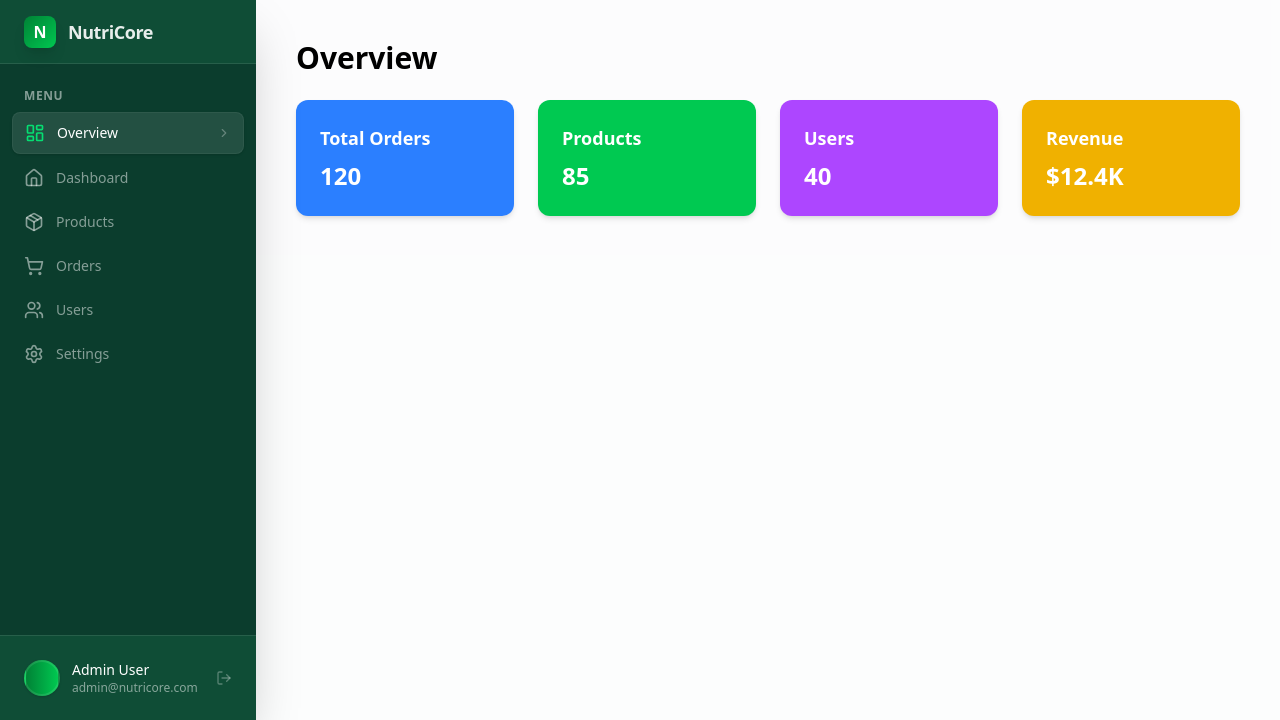
Repository: A-Nawaz512/NutriCore
Page: /admin/dashboard/overview (app in frontend/)
The author's editor kept a copy of each file at every save. The page is drawn from the files as they stood at one save, then again after the next save.
The browser window is 1280 px wide. The pictures show the whole page.
The project was rebuilt for these pictures with package versions that can differ from the ones it lists, and the page was loaded fresh each time. Also part of the build but not shown: frontend/vite.config.ts, frontend/src/shared/components/ui/Button.tsx, frontend/src/shared/components/ui/Badge.tsx, frontend/src/shared/components/layout/Header.tsx, frontend/src/shared/components/layout/Footer.tsx, frontend/src/shared/components/layout/MainLayout.tsx.

Above is the page before, as saved 2026-02-18 21:02:29.

### frontend/src/main.tsx
import { StrictMode } from 'react'
import { createRoot } from 'react-dom/client'
import './index.css'
import App from './App.tsx'
import {BrowserRouter} from "react-router-dom"

createRoot(document.getElementById('root')!).render(
  <StrictMode>
     <BrowserRouter>
      <App />
    </BrowserRouter>
  </StrictMode>,
)

### frontend/src/App.tsx
import AppRouter from "./app/router/AppRouter"

function App() {
  return <AppRouter />
}

export default App

### frontend/src/app/router/AppRouter.tsx
import { Routes, Route } from "react-router-dom"
import { lazy, Suspense } from "react"

import MainLayout from "../../shared/components/layout/MainLayout"
import AdminLayout from "../../shared/components/layout/AdminLayout"
// import ProtectedRoute from "./ProtectedRoute"
// import AdminRoute from "./AdminRoute"

const HomePage = lazy(() => import("../../features/home/pages/HomePage"))
const AboutPage = lazy(() => import("../../features/about/pages/AboutPage"))
const ProductsPage = lazy(() => import("../../features/products/pages/ProductsPage"))
const ProductDetailsPage = lazy(() => import("../../features/products/pages/ProductDetailsPage"))
const ContactPage = lazy(() => import("../../features/contact/pages/ContactPage"))
const LoginPage = lazy(() => import("../../features/auth/pages/LoginPage"))
const SignupPage = lazy(() => import("../../features/auth/pages/SignupPage"))
const DashboardPage = lazy(() => import("../../features/admin/pages/DashboardPage"))
const ProductsManagement = lazy(() => import("../../features/admin/pages/ProductsManagement"))
const OrdersPage = lazy(() => import("../../features/admin/pages/OrdersPage"))
const OverviewPage = lazy(() => import("../../features/admin/pages/OverviewPage"))
const UsersPage = lazy(() => import("../../features/admin/pages/UsersPage"))
const SettingsPage = lazy(() => import("../../features/admin/pages/SettingsPage"))

const AppRouter = () => {
  return (
    <Suspense fallback={<div>Loading...</div>}>
      <Routes>
        {/* Public Layout */}
        <Route element={<MainLayout />}>
          <Route path="/" element={<HomePage />} />
          <Route path="/about" element={<AboutPage />} />
          <Route path="/products" element={<ProductsPage />} />
          <Route path="/products/:productId" element={<ProductDetailsPage />} />
          <Route path="/contact" element={<ContactPage />} />
        </Route>

        {/* Auth */}
        <Route path="/login" element={<LoginPage />} />
        <Route path="/signup" element={<SignupPage />} />

        {/* Protected Admin */}
        {/* <Route element={<ProtectedRoute />}>
          <Route element={<AdminRoute />}> */}
            <Route element={<AdminLayout />}>
              <Route path="/admin/dashboard" element={<DashboardPage />} />
              <Route path="/admin/dashboard/products" element={<ProductsManagement />} />
              <Route path="/admin/dashboard/orders" element={<OrdersPage />} />
              <Route path="/admin/dashboard/overview" element={<OverviewPage />} />
              <Route path="/admin/dashboard/users" element={<UsersPage />} />
              <Route path="/admin/dashboard/settings" element={<SettingsPage />} />
            </Route>
          {/* </Route>
        </Route> */}
      </Routes>
    </Suspense>
  )
}

export default AppRouter

### frontend/src/shared/components/layout/AdminLayout.tsx
import { FC } from "react"
import { Outlet } from "react-router-dom"
import AdminSidebar from "../../../features/admin/components/AdminSidebar"

const AdminLayout: FC = () => {
  return (
    <div className="flex min-h-screen bg-gray-50/50">
      {/* Fixed Sidebar */}
      <AdminSidebar />

      {/* Main Content Area */}
      <div className="flex-1 md:ml-64 transition-all duration-300 min-h-screen">
        <main className="p-4 md:p-8 lg:p-10 max-w-7xl mx-auto w-full">
          <Outlet />
        </main>
      </div>
    </div>
  )
}

export default AdminLayout

### frontend/src/features/admin/pages/OverviewPage.tsx
import { FC } from "react"
import DashboardCard from "../components/DashboardCard"

const OverviewPage: FC = () => {
  const stats = [
    { title: "Total Orders", value: 120, color: "bg-blue-500" },
    { title: "Products", value: 85, color: "bg-green-500" },
    { title: "Users", value: 40, color: "bg-purple-500" },
    { title: "Revenue", value: "$12.4K", color: "bg-yellow-500" },
  ]

  return (
    <>
      <h1 className="text-3xl font-bold mb-6">Overview</h1>
      <div className="grid sm:grid-cols-2 lg:grid-cols-4 gap-6">
        {stats.map(stat => (
          <DashboardCard key={stat.title} title={stat.title} value={stat.value} color={stat.color} />
        ))}
      </div>
    </>
  )
}

export default OverviewPage

### frontend/src/features/admin/components/AdminSidebar.tsx
import { FC, useState } from "react"
import { NavLink, useLocation } from "react-router-dom"
import {
  Home,
  Package,
  Users,
  Settings,
  ShoppingCart,
  LayoutDashboard,
  Menu,
  X,
  LogOut,
  ChevronRight
} from "lucide-react"

const menu = [
  { name: "Overview", icon: LayoutDashboard, path: "/admin/dashboard/overview" },
  { name: "Dashboard", icon: Home, path: "/admin/dashboard" },
  { name: "Products", icon: Package, path: "/admin/dashboard/products" },
  { name: "Orders", icon: ShoppingCart, path: "/admin/dashboard/orders" },
  { name: "Users", icon: Users, path: "/admin/dashboard/users" },
  { name: "Settings", icon: Settings, path: "/admin/dashboard/settings" },
]

const AdminSidebar: FC = () => {
  const [mobileOpen, setMobileOpen] = useState(false)
  const location = useLocation()

  const SidebarContent = () => (
    <aside className="w-64 bg-[#0b3d2d] text-white h-full flex flex-col shadow-2xl">
      {/* Brand Header */}
      <div className="h-16 flex items-center px-6 border-b border-white/10 bg-[#0f4d36]">
        <div className="flex items-center gap-3">
          <div className="w-8 h-8 rounded-lg bg-gradient-to-br from-green-700 to-green-500 flex items-center justify-center shadow-lg">
            <span className="font-bold text-white leading-none">N</span>
          </div>
          <span className="text-lg font-bold tracking-tight text-white/90">NutriCore</span>
        </div>
        <button
          className="md:hidden ml-auto text-white/70 hover:text-white transition-colors"
          onClick={() => setMobileOpen(false)}
        >
          <X size={20} />
        </button>
      </div>

      {/* Navigation */}
      <nav className="flex-1 py-6 px-3 space-y-1 overflow-y-auto custom-scrollbar">
        <p className="px-3 text-xs font-semibold text-white/50 uppercase tracking-wider mb-2">Menu</p>

        {menu.map(item => {
          const isActive = location.pathname === item.path
          return (
            <NavLink
              key={item.name}
              to={item.path}
              end={item.path === "/admin/dashboard"}
              onClick={() => setMobileOpen(false)}
              className={({ isActive }) =>
                `group flex items-center justify-between px-3 py-2.5 rounded-lg transition-all duration-200 text-sm font-medium ${isActive
                  ? "bg-white/10 text-white shadow-sm border border-white/5"
                  : "text-white/50 hover:bg-white/5 hover:text-white/90"
                }`
              }
            >
              <div className="flex items-center gap-3">
                <item.icon
                  className={`w-5 h-5 transition-colors ${isActive ? "text-green-400" : "text-white/50 group-hover:text-white/80"
                    }`}
                />
                {item.name}
              </div>
              {isActive && <ChevronRight size={14} className="text-white/30" />}
            </NavLink>
          )
        })}
      </nav>

      {/* Footer / User Profile */}
      <div className="p-4 border-t border-white/10 bg-[#0f4d36]">
        <div className="flex items-center gap-3 p-2 rounded-lg hover:bg-white/5 transition-colors cursor-pointer group">
          <div className="w-9 h-9 rounded-full bg-gradient-to-r from-green-700 to-green-500 border-2 border-white/10 shadow-sm" />
          <div className="flex-1 min-w-0">
            <p className="text-sm font-medium text-white truncate">Admin User</p>
            <p className="text-xs text-white/50 truncate">admin@nutricore.com</p>
          </div>
          <LogOut size={16} className="text-white/30 group-hover:text-white/70 transition-colors" />
        </div>
      </div>
    </aside>

  )

  return (
    <>
      {/* Mobile Toggle Button */}
      <button
        className="md:hidden fixed top-4 left-4 z-50 bg-[#13458A] text-white p-2.5 rounded-lg shadow-lg hover:bg-[#0f366e] transition-colors"
        onClick={() => setMobileOpen(true)}
      >
        <Menu size={20} />
      </button>

      {/* Mobile Overlay */}
      {mobileOpen && (
        <div
          className="md:hidden fixed inset-0 bg-black/60 backdrop-blur-sm z-40 transition-opacity duration-300"
          onClick={() => setMobileOpen(false)}
        />
      )}

      {/* Mobile Sidebar (Drawer) */}
      <div
        className={`md:hidden fixed top-0 left-0 z-50 h-full w-64 shadow-2xl transition-transform duration-300 ease-out ${mobileOpen ? "translate-x-0" : "-translate-x-full"
          }`}
      >
        <SidebarContent />
      </div>

      {/* Desktop Sidebar (Fixed) */}
      <div className="hidden md:block fixed inset-y-0 left-0 z-30 w-64">
        <SidebarContent />
      </div>
    </>
  )
}

export default AdminSidebar

### frontend/src/features/admin/components/DashboardCard.tsx
import { FC } from "react"

interface DashboardCardProps {
  title: string
  value: string | number
  color: string
}

const DashboardCard: FC<DashboardCardProps> = ({ title, value, color }) => (
  <div className={`p-6 rounded-xl text-white shadow-md ${color}`}>
    <h2 className="text-lg font-semibold">{title}</h2>
    <p className="text-2xl font-bold mt-2">{value}</p>
  </div>
)

export default DashboardCard

Loaded but not shown: frontend/index.html (common file); frontend/src/index.css (common file)

After the next save:
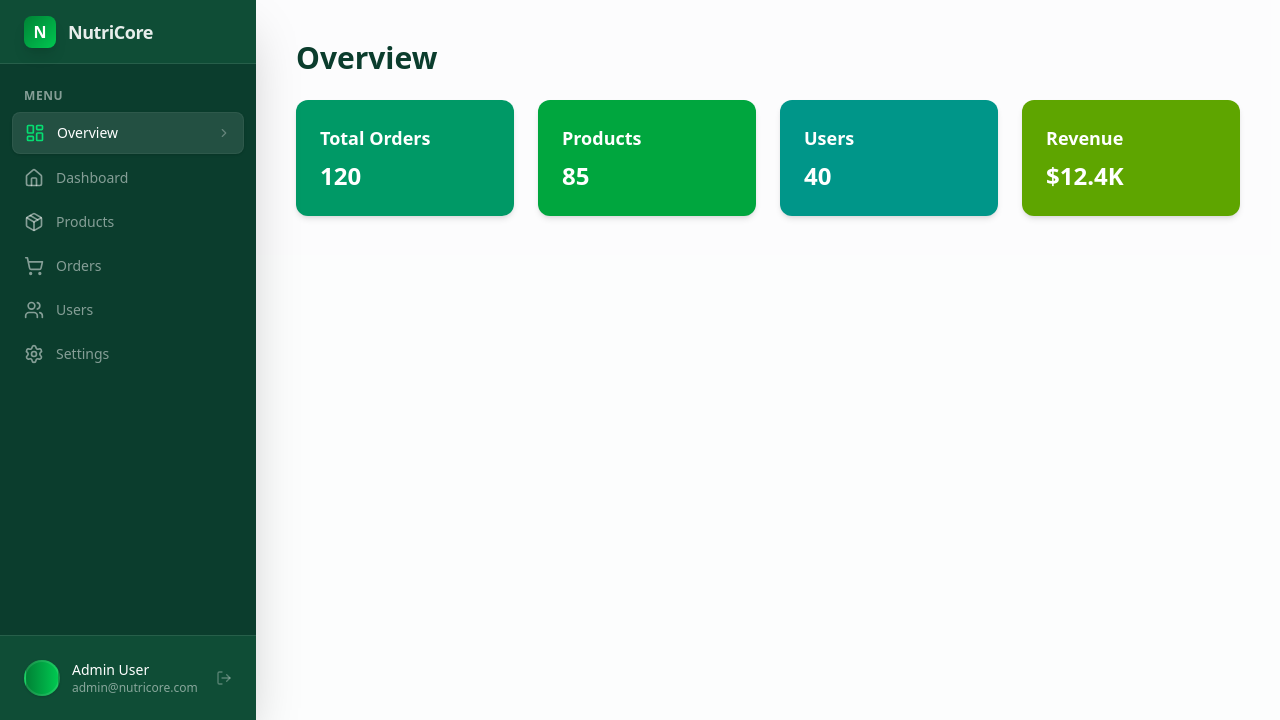
Saved 2 min 9 s later.
--- a/frontend/src/features/admin/pages/OverviewPage.tsx
+++ b/frontend/src/features/admin/pages/OverviewPage.tsx
@@ -3,18 +3,26 @@ import DashboardCard from "../components/DashboardCard"
 
 const OverviewPage: FC = () => {
   const stats = [
-    { title: "Total Orders", value: 120, color: "bg-blue-500" },
-    { title: "Products", value: 85, color: "bg-green-500" },
-    { title: "Users", value: 40, color: "bg-purple-500" },
-    { title: "Revenue", value: "$12.4K", color: "bg-yellow-500" },
+    { title: "Total Orders", value: 120, color: "bg-emerald-600" },
+    { title: "Products", value: 85, color: "bg-green-600" },
+    { title: "Users", value: 40, color: "bg-teal-600" },
+    { title: "Revenue", value: "$12.4K", color: "bg-lime-600" },
   ]
 
   return (
     <>
-      <h1 className="text-3xl font-bold mb-6">Overview</h1>
+      <h1 className="text-3xl font-bold mb-6 text-[#0b3d2d]">
+        Overview
+      </h1>
+
       <div className="grid sm:grid-cols-2 lg:grid-cols-4 gap-6">
         {stats.map(stat => (
-          <DashboardCard key={stat.title} title={stat.title} value={stat.value} color={stat.color} />
+          <DashboardCard
+            key={stat.title}
+            title={stat.title}
+            value={stat.value}
+            color={stat.color}
+          />
         ))}
       </div>
     </>
